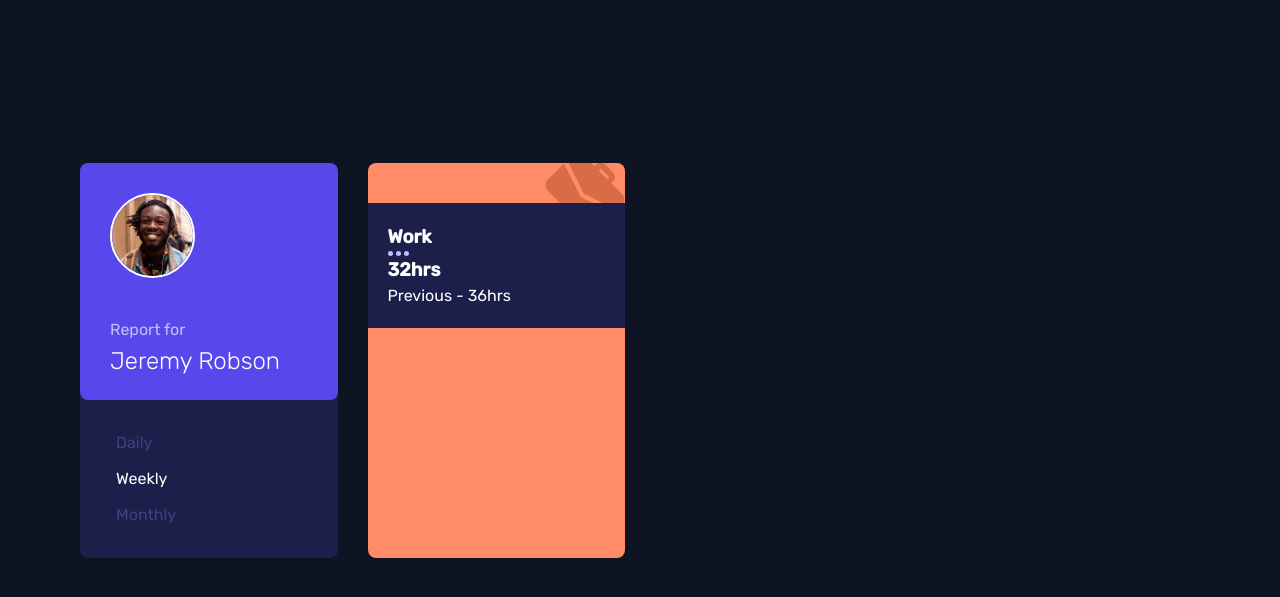
Repository: Akashiii1/WebTimeTracking_Day6
Page: index.html
These files come from the project's save history. The page is drawn as it stood at one moment and after the next save; the edit follows.
The browser window is 1280 px wide. The pictures show the whole page.

Above is the page before, as saved 2021-12-27 00:07:45.

After the next save:
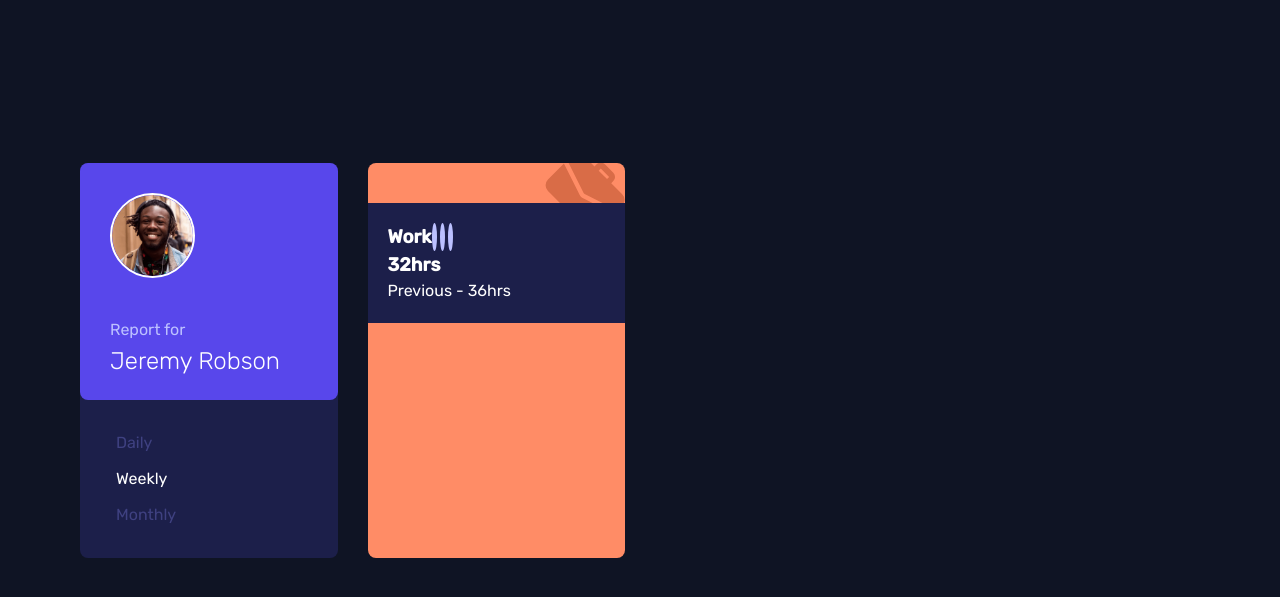
Saved 2 min 27 s later.
--- a/style.css
+++ b/style.css
@@ -121,6 +121,9 @@ button{
   color: #fff;
   padding: 20px;
 }
+.heading{
+  display: flex;
+}
 /* remove animation for people who've turned them off */
 @media (prefers-reduced-motion: reduce) {
   *,
